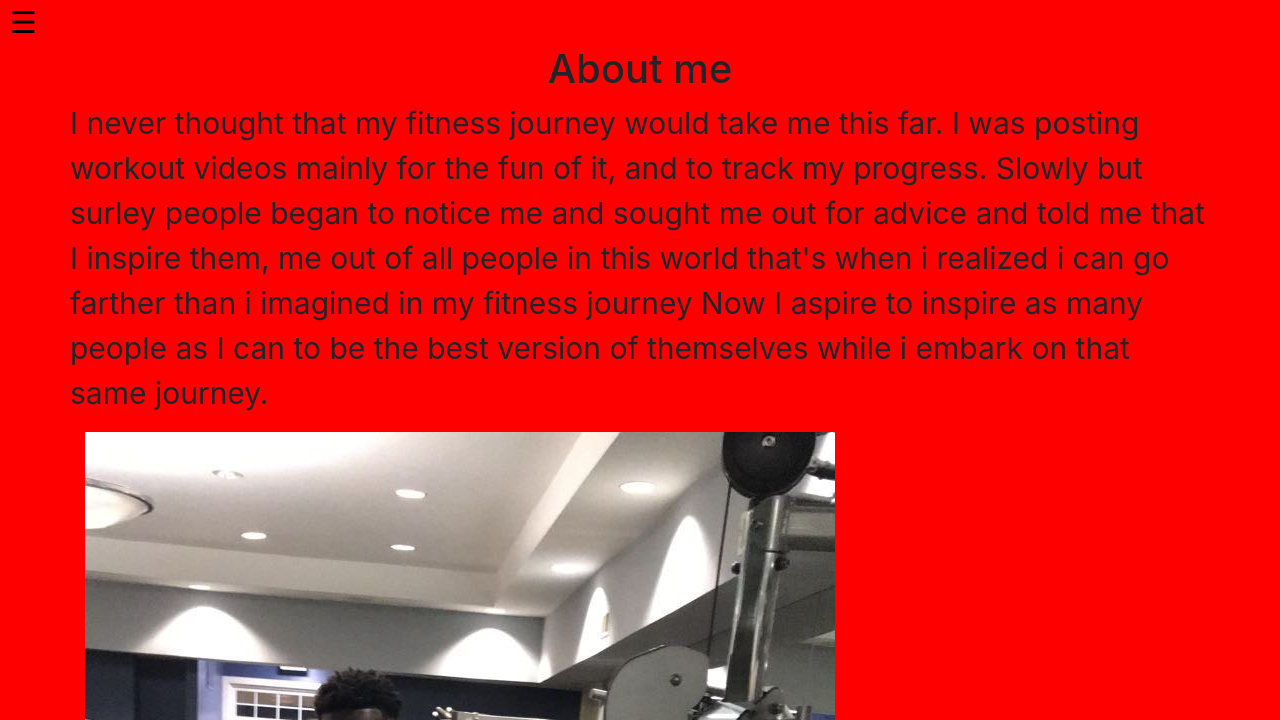
Repository: mamadont/MamadouFitnessWebsite
Page: pages-html/about-me.html
The author's editor kept a copy of each file at every save. The page is drawn from the files as they stood at one save, then again after the next save.
The browser window is 1280 px wide. The pictures show the whole page.
An inner scrolling area shows only its first screen. Some web libraries are served in a nearby version.

Above is the page before, as saved 2020-07-08 23:35:00.

After the next save:
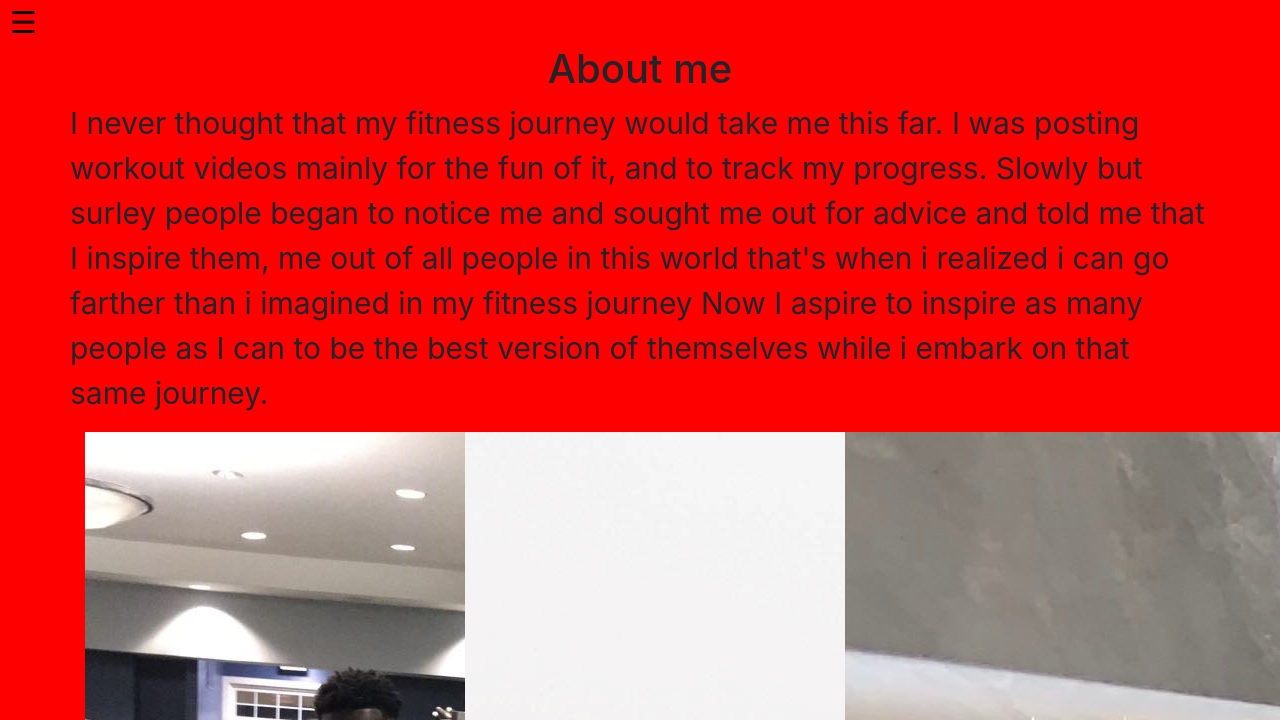
Saved 35 s later.
--- a/pages-html/about-me.html
+++ b/pages-html/about-me.html
@@ -41,9 +41,15 @@
                 <div class="col-4">
                     <img src="../assets/pic1.JPG" />
                 </div>
-                <div class="col-4"></div>
-                <div class="col-4"></div>
-                <div class="col-4"></div>
+                <div class="col-4">
+                    <img src="../assets/pic2.JPG" />
+                </div>
+                <div class="col-4">
+                    <img src="../assets/pic3.JPG" />
+                </div>
+                <div class="col-4">
+                    <img src="../assets/pic4.JPG" />
+                </div>
 
             </div>
 
